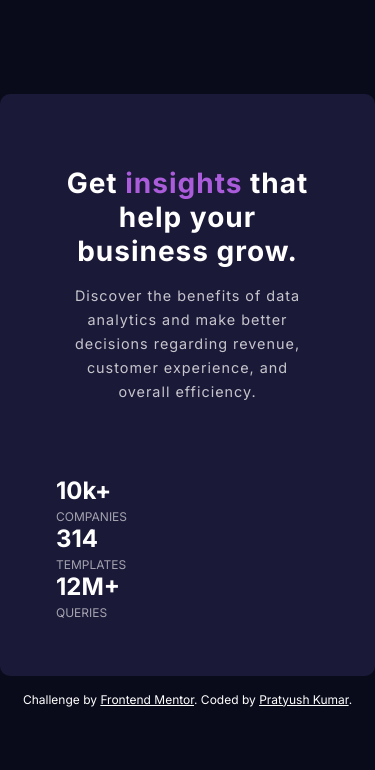
Repository: PratypartyY2K/frontendmentor-challenges
Page: stats-preview-card-component-main/index.html
The author's editor kept a copy of each file at every save. The page is drawn from the files as they stood at one save, then again after the next save.
The browser window is 375 px wide. The pictures show the whole page.

Above is the page before, as saved 2021-07-14 02:10:20.

### stats-preview-card-component-main/index.html
<!DOCTYPE html>
<html lang="en">

<head>
  <meta charset="UTF-8">
  <meta name="viewport" content="width=device-width, initial-scale=1.0">
  <!-- displays site properly based on user's device -->

  <link rel="icon" type="image/png" sizes="32x32" href="./images/favicon-32x32.png">
  <!--font families-->
  <link rel="preconnect" href="https://fonts.googleapis.com">
  <link rel="preconnect" href="https://fonts.gstatic.com" crossorigin>
  <link href="https://fonts.googleapis.com/css2?family=Inter:wght@400;700&display=swap" rel="stylesheet">
  <link rel="stylesheet" href="style.css">



  <title>Frontend Mentor | Stats preview card component</title>

</head>

<body>
  <div class="card-wrapper">
    <div class="card">
      <div class="heading">
        Get <span class="active">insights</span> that help your business grow.
      </div>
      <div class="card-content">
        Discover the benefits of data analytics and make better decisions regarding revenue, customer
        experience, and overall efficiency.
      </div>
      <div class="stats">
        <div>
          <h3>10k+</h3>
          companies
        </div>
        <div>
          <h3>314</h3>
          templates
        </div>
        <div>
          <h3>12M+</h3>
          queries
        </div>
      </div>
    </div>
    <div class="img-container">
      <div class="overlay">
      </div>
    </div>
  </div>
  <div class="attribution">
    Challenge by <a href="https://www.frontendmentor.io?ref=challenge" target="_blank">Frontend Mentor</a>.
    Coded by <a href="#">Pratyush Kumar</a>.
  </div>
</body>

</html>

### stats-preview-card-component-main/style.css
* {
    box-sizing: border-box;
}

body {
    background-color: hsl(233, 47%, 7%);
    margin: 0;
    display: flex;
    flex-direction: column;
    justify-content: center;
    align-items: center;
    min-height: 100vh;
    font-family: 'Inter', sans-serif;
}

.card-wrapper {
    background-color: hsl(244, 38%, 16%);
    display: flex;
    justify-content: center;
    border-radius: 10px;
    overflow: hidden;
}

.card {
    padding: 4rem 6.5rem 4rem 4rem;
}

.heading {
    font-size: 2.75rem;
    color: hsl(0, 0%, 100%);
    padding: 1rem 0;
    font-weight: 700;
    letter-spacing: 1px;
}

.heading .active {
    color: hsl(277, 64%, 61%);
}

.card-content {
    color: hsla(0, 0%, 100%, 0.75);
    font-size: 1rem;
    line-height: 1.5rem;
    padding-right: 4rem;
    letter-spacing: 1px;
}

.stats {
    display: flex;
    justify-content: space-between;
    padding-top: 4.5rem;
    padding-right: 5rem;
}

.stats > div {
    display: flex;
    flex-direction: column;
    align-items: baseline;
}

.stats > div {
    color: hsla(0, 0%, 100%, 0.6);
    text-transform: uppercase;
    font-size: 0.75rem;
}

h3 {
    margin: 0;
    color: white;
    font-weight: 700;
    font-size: 1.5rem;
    margin-bottom: 0.25rem;
    text-transform: none;
}

.img-container {
    background-image: url(images/image-header-desktop.jpg);
    width: 100%;
    background-repeat: no-repeat;
    background-size: cover;
}

.overlay {
    background-color: blueviolet;
    height: 100%;
    mix-blend-mode:multiply;
}

.attribution { font-size: 0.75rem; text-align: center; color: white; margin-top: 1rem;}
.attribution a { color: hsl(228, 45%, 44%); color: white;}

@media only screen and (max-width: 600px) {

    body {
        max-width:max-content;
        padding: 0;
    }
    .card-wrapper {
        flex-direction: column-reverse;
        justify-content: baseline;
        font-size: 1rem;
        text-align: center;
    }

    .card {
        padding: 3.5rem;
    }

    .heading {
        font-size: 1.75rem;
    }

    .card-content {
        padding: 0 0.5rem;
        font-size: 0.9rem;
    }

    .stats {
        flex-direction: column;
        justify-content: space-between;
    }

}

After the next save:
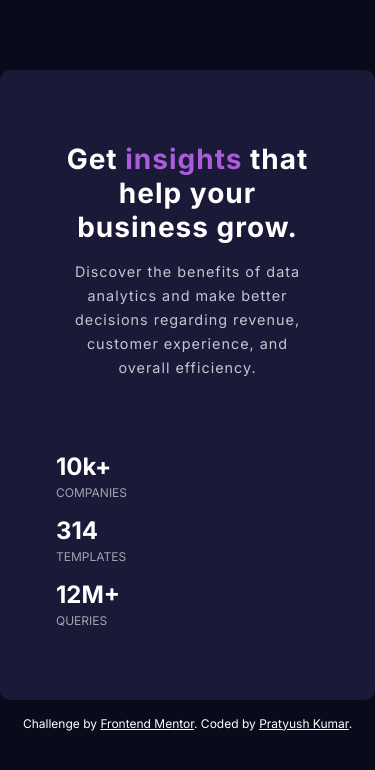
Saved 28 s later.
--- a/stats-preview-card-component-main/style.css
+++ b/stats-preview-card-component-main/style.css
@@ -117,7 +117,10 @@
 
     .stats {
         flex-direction: column;
-        justify-content: space-between;
+    }
+
+    .stats > div {
+        margin-bottom: 1rem;
     }
 
 }
